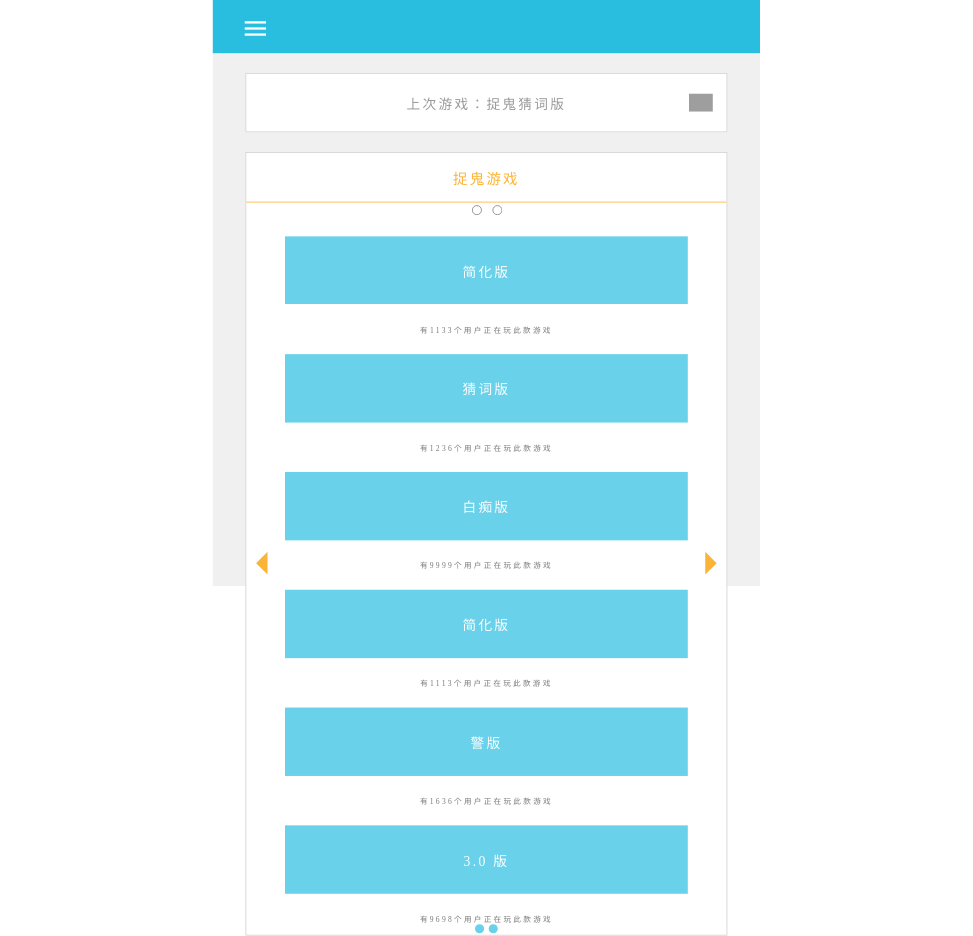
Repository: leozhangpd/My-Codes
Page: JS/two-project/home_page.html
These files come from the project's save history. The page is drawn as it stood at one moment and after a run of saves; the edit follows.
The browser window is 1280 px wide. The pictures show the whole page, at 76% of full size.
Pictures or frames that could not be fetched are drawn as grey boxes.

Above is the page before, as saved 2020-11-06 15:48:40.

### JS/two-project/home_page.html
<!DOCTYPE html>
<html lang="en">
<head>
    <meta charset="UTF-8">
    <meta name="viewport" content="width=device-width,initial-scale=1.0,maximum-scale=1.0,user-scalable=0" />
    <link rel="stylesheet" href="css/home_page.css" type="text/css" >
    <title>版本选择</title>
</head>
<body>
    <header>
        <button>
            <div></div>
            <div></div>
            <div></div>
        </button>
    </header>
    <main>
        <div class="review">
            <span>上次游戏：捉鬼猜词版</span>
        </div>
        <div class="content">
            <div class="title">
                <span>捉鬼游戏</span>
            </div>
            <input type="radio" name="change" id="change-1"/>
            <input type="radio" name="change" id="change-2"/>
            <ul class="list" id="out">
                <li><a href="#" id="in">简化版</a></li>
                <li>有1133个用户正在玩此款游戏</li>
                <li><a href="#">猜词版</a></li>
                <li>有1236个用户正在玩此款游戏</li>
                <li><a href="#">白痴版</a></li>
                <li>有9999个用户正在玩此款游戏</li>
            </ul>
            <ul class="list" id="out-2">
                <li><a href="#" id="in-2">简化版</a></li>
                <li>有1113个用户正在玩此款游戏</li>
                <li><a href="#">警版</a></li>
                <li>有1636个用户正在玩此款游戏</li>
                <li><a href="#">3.0 版</a></li>
                <li>有9698个用户正在玩此款游戏</li>
            </ul>
            <div class="page">
                <label for="change-1"></label>
                <label for="change-2"></label>
            </div>
            <div class="arrow">
                 <label for="change-1"></label>
                 <label for="change-2"></label>
            </div>
        </div>
    </main>
</body>
</html>

### JS/two-project/css/home_page.css
ul{list-style-type: none;margin: 0;padding: 0;}
button{outline: none;border:none;}
a:link,a:visited,a:hover,a:active {text-decoration:none;color: #fff;}
html{
    font-size: 62.5%;
    background: #fff;
    height: 100vh;
}
body{
    height: 100%;
    margin:0 auto;
    padding-bottom: 4%;
    max-width: 720px;
    min-width: 320px;
    background: #f0f0f0;
}
header{
    padding: 3% 5%;
    background-color: #29bde0;
}
header>button{
    width: 4rem;;
    background-color: rgba(0, 0, 0, 0);
}
header>button div{
    margin-top: .5rem;
    height: .3rem;
    background-color: #fff;
}
main{
    margin:0 6%;
    width:88%;
}
.review{
    padding:4% 0;
    background: url("../images/home_page-2.png") no-repeat 97% 50%/5%;
}
.review>span{/*review__content*/
    font-size: 18px;
    color: #9a9a9a;
}
.review,.content{
    background-color: #ffffff;
    margin-top: 4%;
    text-align: center;
    border: 1px double #cecece;
    letter-spacing: 3px;
}
.content{
    position: relative;
}
.title{/*content__title*/
    padding:3% 0;
    font-size: 19px;
    color: #fbb435;
    border-bottom: 0.2rem solid #fdd793;
}
.list>li{/*content__option*/
    margin: 4% 8% 0 8%;
}
.list>li:nth-child(odd){/*option__btn*/
    background: #69d1e9;
    font-size: 18px;
    color: #fff;
}
.list>li:nth-child(odd)>a{
    display: block;
    padding:6% 0;
}
.list>li:nth-child(even){/*option__hint*/
    color: #787878;
}
#out-2{margin-left: ;}
/* input{display: none;} */
.page>label{/*page__dot*/
    display: inline-block;
    padding-top: 12px;
    width:12px;
    background: #69d1e9;
    border-radius: 50%;
    transition: all .2s;
}
.page>label:hover{
    background: #2e2bda;
}
.arrow>label{
    position: absolute;
    top: 51%;
    border-style:solid;
}
.arrow>label:nth-child(1){
    left: 2%;
    border-width:15px 15px 15px 0;
    border-color:transparent #fbb435 transparent transparent;/*透明 透明 透明 橘*/
}
.arrow>label:nth-child(2){
    right: 2%;
    border-width:15px 0 15px 15px;
    border-color:transparent transparent transparent #fbb435;/*透明 透明 透明 橘*/
}

After the next 2 saves:
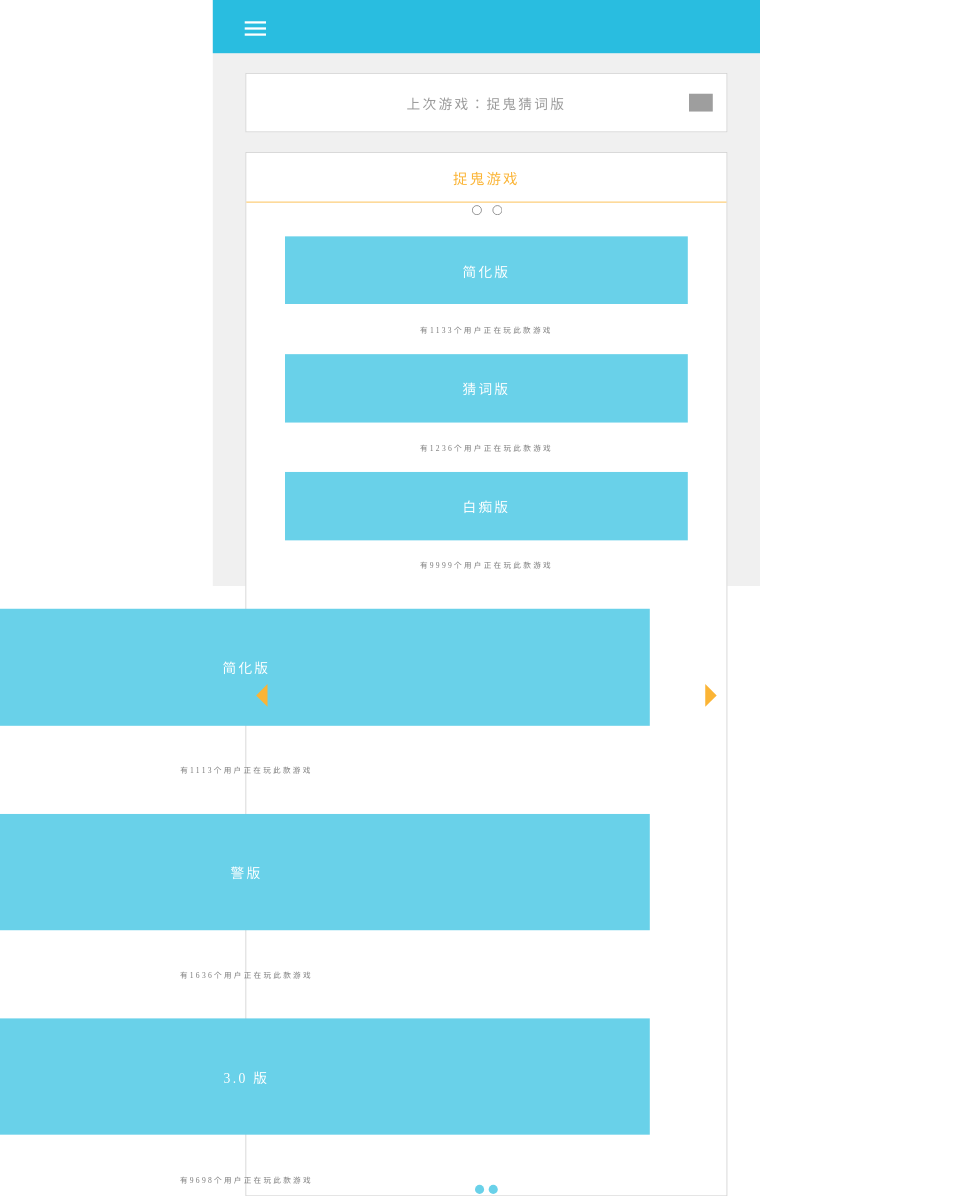
The 2 saves are shown as one change because they came seconds apart.
The last was saved 24 s later.
--- a/JS/two-project/css/home_page.css
+++ b/JS/two-project/css/home_page.css
@@ -70,7 +70,7 @@ main{
 .list>li:nth-child(even){/*option__hint*/
     color: #787878;
 }
-#out-2{margin-left: ;}
+#out-2{margin-left: -100%;}
 /* input{display: none;} */
 .page>label{/*page__dot*/
     display: inline-block;
